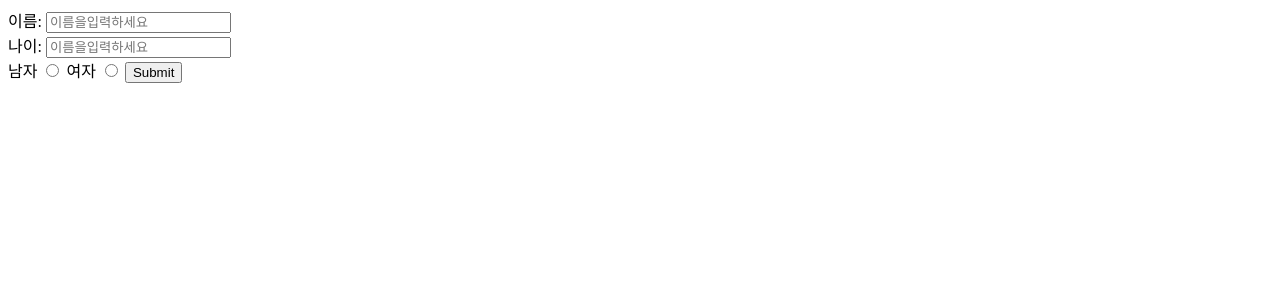
Repository: manchott/JAVAstudy
Page: workspace/Back02_Servlet/WebContent/form.html
These files come from the project's save history. The page is drawn as it stood at one moment and after the next save; the edit follows.
The browser window is 1280 px wide. The pictures show the whole page.

Above is the page before, as saved 2022-10-31 05:09:54.

### workspace/Back02_Servlet/WebContent/form.html
<!DOCTYPE html>
<html>
<head>
<meta charset="UTF-8">
<title>Insert title here</title>
</head>
<body>
	<form action="FormServlet">
		<label>이름: </label>
		<input type="text" placeholder="이름을입력하세요"> <br>
		<label>나이: </label>
		<input type="number" min="0" placeholder="이름을입력하세요"> <br>
		<label for="man">남자</label>
		<input type="radio" name="gender">
		<label >여자</label>
		<input type="radio" name="gender">

		<input type="submit">
	</form>
</body>
</html>

After the next save:
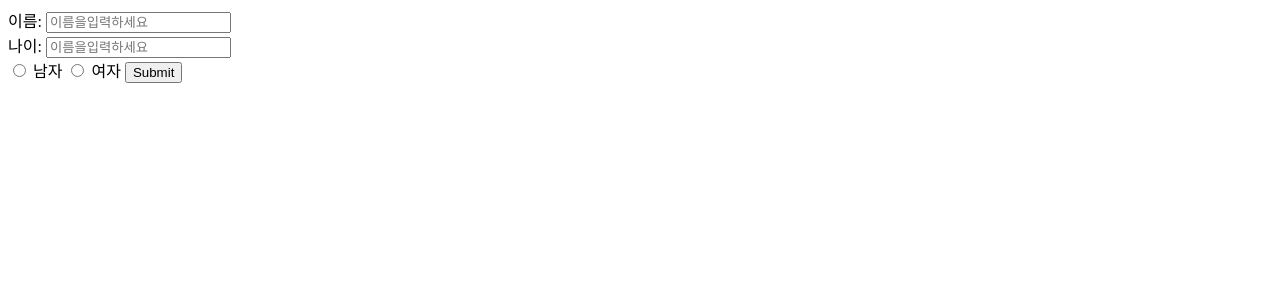
Saved 28 s later.
--- a/workspace/Back02_Servlet/WebContent/form.html
+++ b/workspace/Back02_Servlet/WebContent/form.html
@@ -10,10 +10,10 @@
 		<input type="text" placeholder="이름을입력하세요"> <br>
 		<label>나이: </label>
 		<input type="number" min="0" placeholder="이름을입력하세요"> <br>
+		<input type="radio" name="gender" id="man">
 		<label for="man">남자</label>
 		<input type="radio" name="gender">
 		<label >여자</label>
-		<input type="radio" name="gender">
 
 		<input type="submit">
 	</form>
